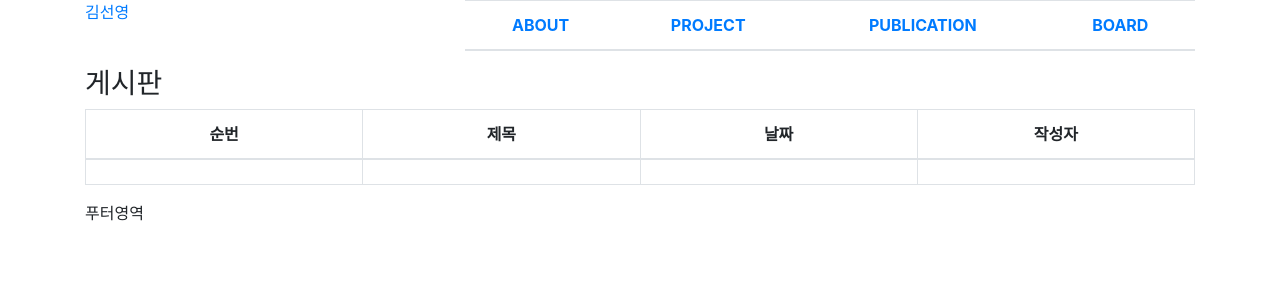
Repository: supremest35/web-projects
Page: http://localhost/noticeboard/board/list.jsp
The author's editor kept a copy of each file at every save. The page is drawn from the files as they stood at one save, then again after the next save.
The browser window is 1280 px wide. The pictures show the whole page.
The page is served by Tomcat 9.

Above is the page before, as saved 2020-12-06 03:46:36.

After the next save:
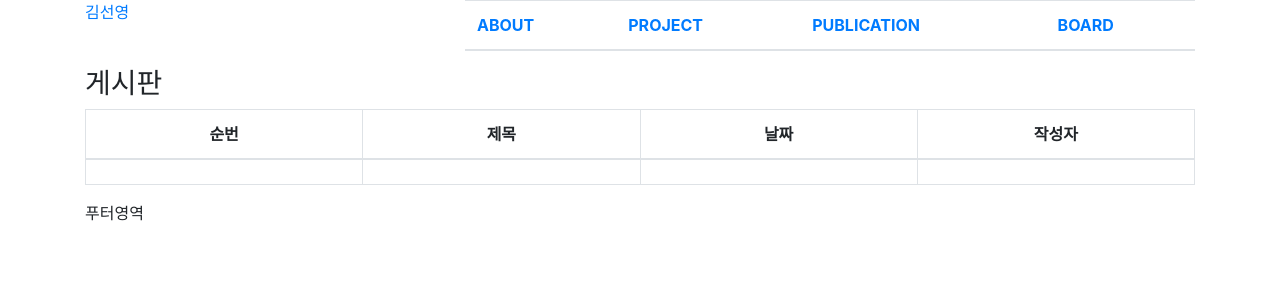
Saved 9 s later.
--- a/noticeboard/WebContent/board/list.jsp
+++ b/noticeboard/WebContent/board/list.jsp
@@ -11,7 +11,7 @@
   <script src="https://cdnjs.cloudflare.com/ajax/libs/popper.js/1.16.0/umd/popper.min.js"></script>
   <script src="https://maxcdn.bootstrapcdn.com/bootstrap/4.5.2/js/bootstrap.min.js"></script>
   <style>
-  	th, td {
+  	#table th, td {
   		width:50px;
   		text-align: center;
   	}

After the save that followed:
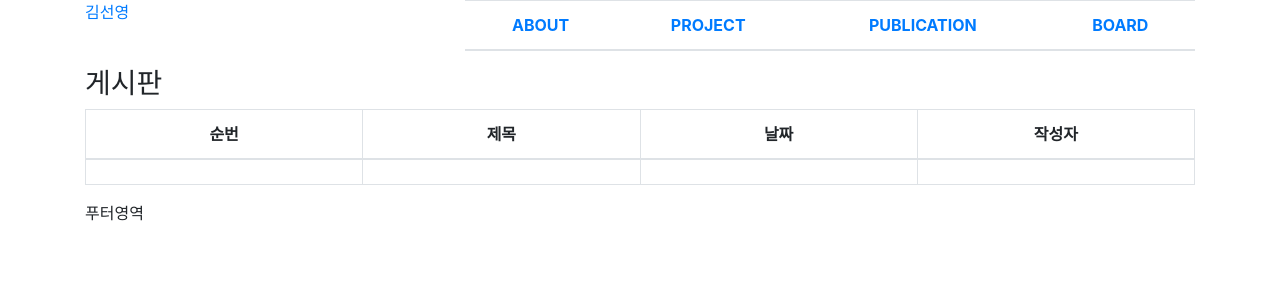
Saved 8 s later.
--- a/noticeboard/WebContent/board/list.jsp
+++ b/noticeboard/WebContent/board/list.jsp
@@ -11,7 +11,7 @@
   <script src="https://cdnjs.cloudflare.com/ajax/libs/popper.js/1.16.0/umd/popper.min.js"></script>
   <script src="https://maxcdn.bootstrapcdn.com/bootstrap/4.5.2/js/bootstrap.min.js"></script>
   <style>
-  	#table th, td {
+  	.table th, td {
   		width:50px;
   		text-align: center;
   	}
